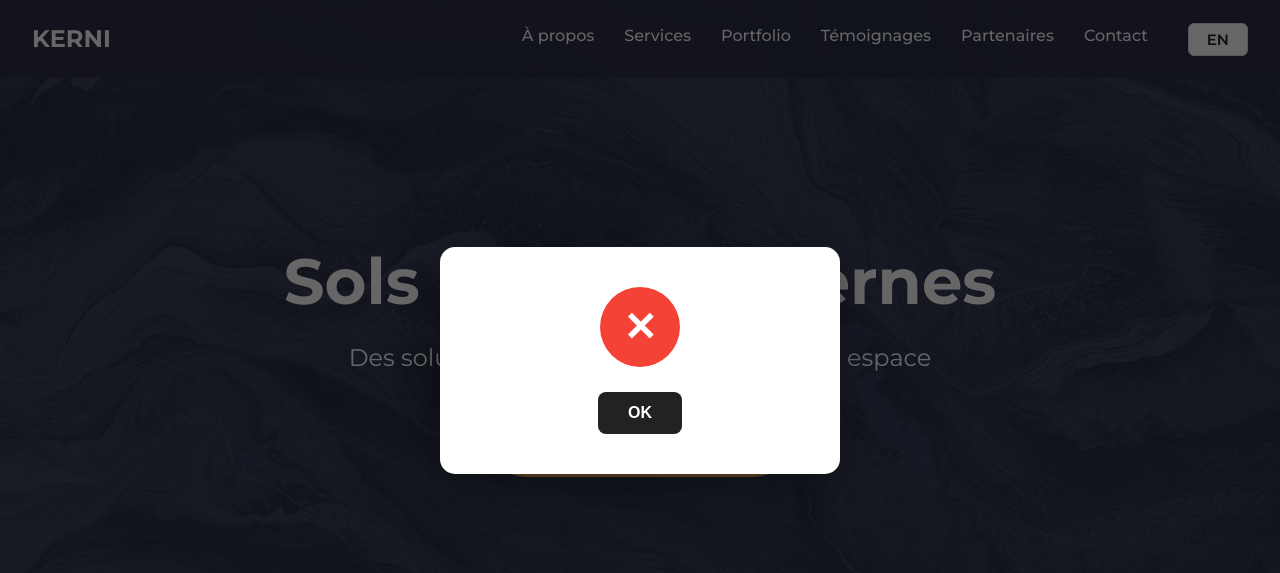
Repository: kerni-ca/kerni-ca
Page: index.html
These files come from the project's save history. The page is drawn as it stood at one moment and after the next save; the edit follows.
The browser window is 1280 px wide. The pictures show the window.
Empty fields were first filled with sample values (such as "Sample", 5 or name@example.com).
After loading, the first visible `form.contact-form` was submitted once.
The page's requests for data from a server got no answer. A layer covers the whole window, so only the first screen is drawn. Backgrounds fixed to the window are drawn as part of the page.

Above is the page before, as saved 2025-07-04 15:31:07.
Console error: ReferenceError: updateTranslations is not defined

After the next save:
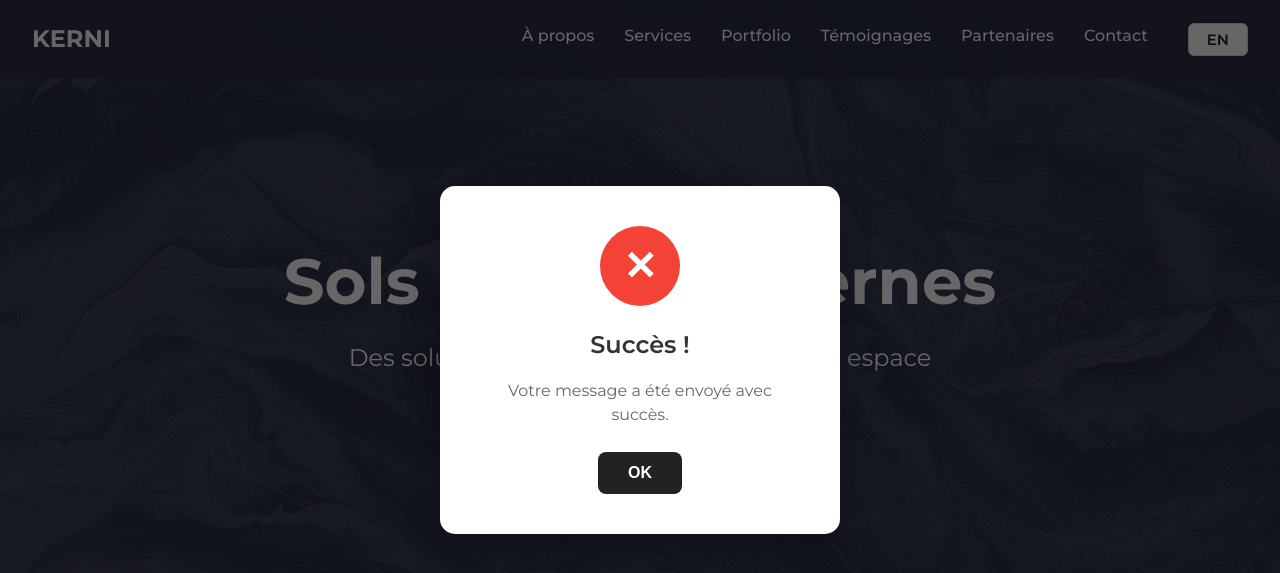
Saved 11 s later.
--- a/script.js
+++ b/script.js
@@ -136,24 +136,24 @@ function hideLoadingOverlay() {
 }
 
 // Функции для работы с модальным окном уведомлений
-function showNotification(type, title, message) {
+function showNotification(type) {
   const modal = document.getElementById('notification-modal');
   const icon = document.getElementById('notification-icon');
   const iconContainer = icon.parentElement;
   const titleEl = document.getElementById('notification-title');
   const messageEl = document.getElementById('notification-message');
 
-  // Устанавливаем содержимое
-  titleEl.textContent = title;
-  messageEl.textContent = message;
-
   // Устанавливаем иконку и стиль
   if (type === 'success') {
     icon.textContent = '✓';
     iconContainer.className = 'notification-icon success';
+    titleEl.setAttribute('data-i18n', 'notification_success_title');
+    messageEl.setAttribute('data-i18n', 'notification_success_message');
   } else {
     icon.textContent = '✕';
     iconContainer.className = 'notification-icon error';
+    titleEl.setAttribute('data-i18n', 'notification_error_title');
+    messageEl.setAttribute('data-i18n', 'notification_error_message');
   }
 
   // Показываем модальное окно
